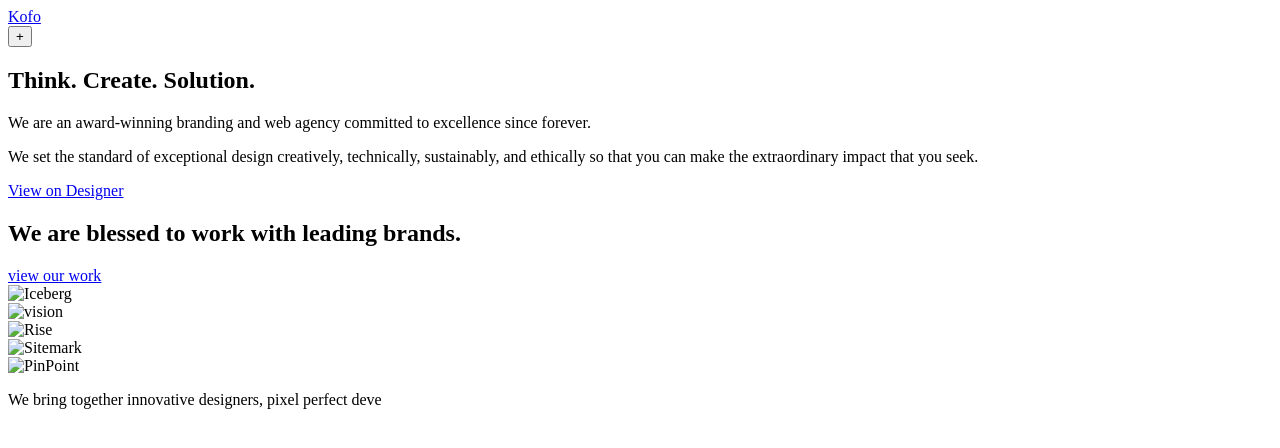
Repository: debthebuilder/kofo
Page: index.html
These files come from the project's save history. The page is drawn as it stood at one moment and after the next save; the edit follows.
The browser window is 1280 px wide. The pictures show the whole page.

Above is the page before, as saved 2022-10-13 11:33:17.

After the next save:
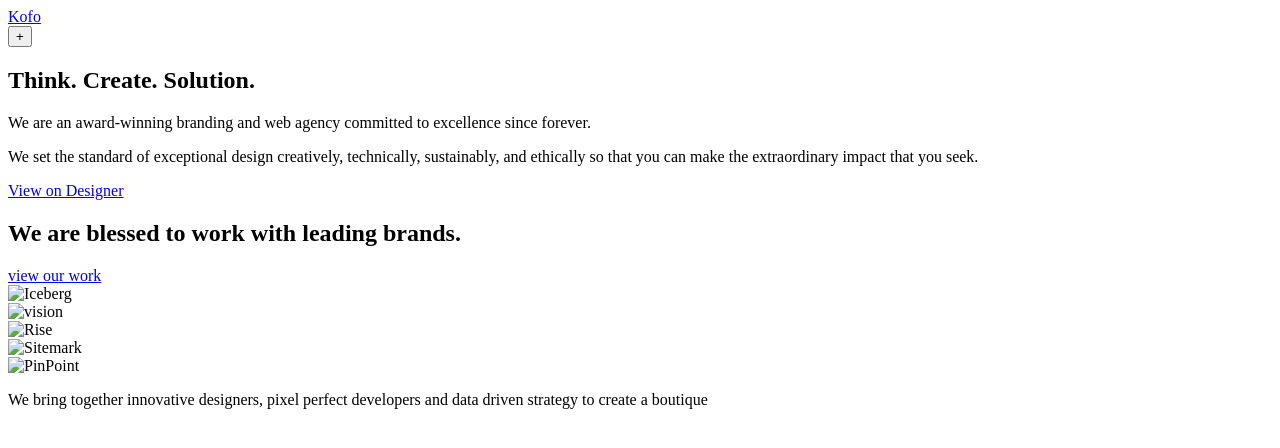
Saved 16 s later.
--- a/index.html
+++ b/index.html
@@ -64,7 +64,7 @@
     <section class="about">
         <div class="row">
             <div class="col">
-                <p>We bring together innovative designers, pixel perfect deve</p>
+                <p>We bring together innovative designers, pixel perfect developers and data driven strategy to create a boutique</p>
             </div>
         </div>
     </section>
